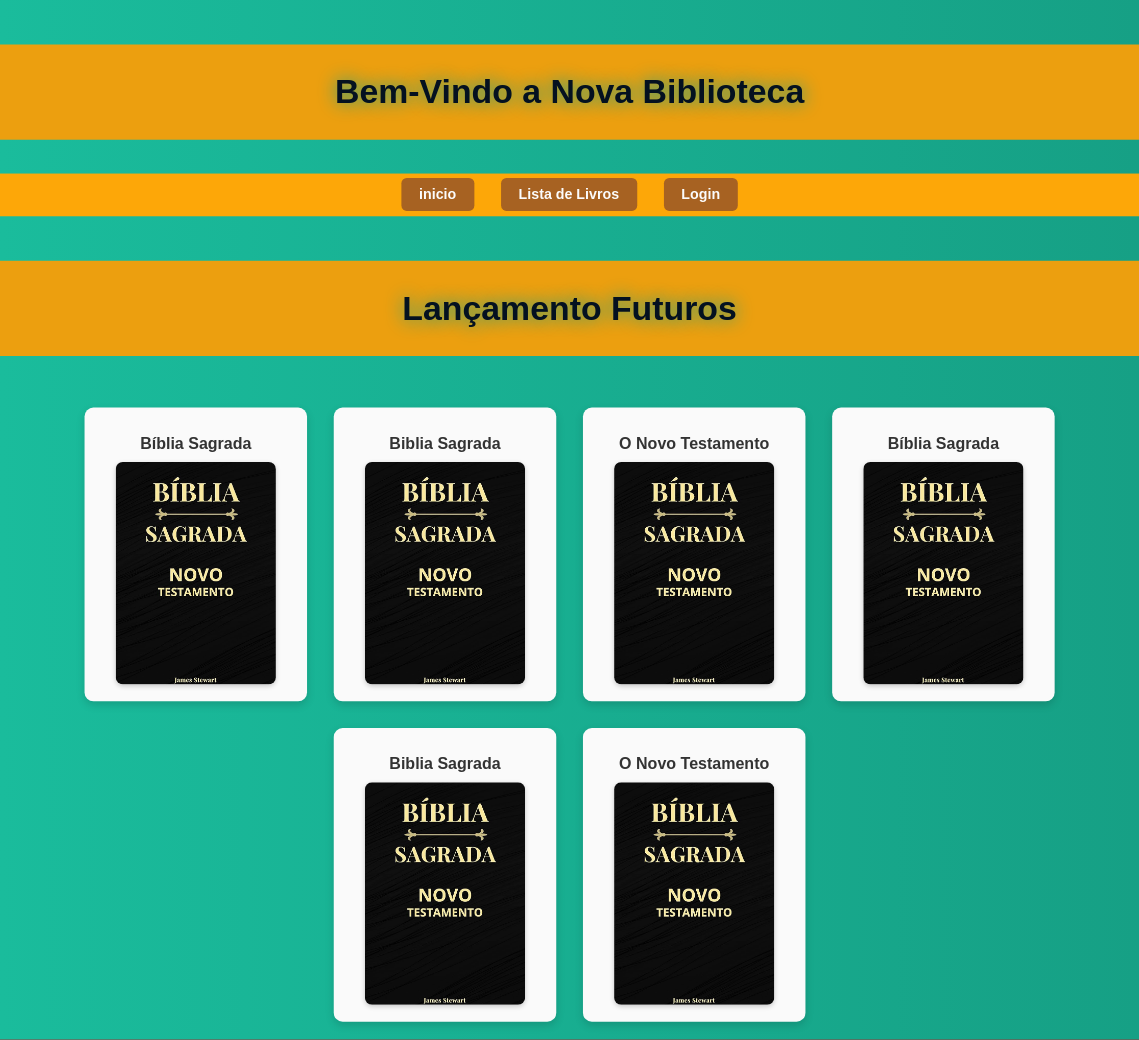
Repository: cleytonds/Biblioteca
Page: templates/Biblioteca_usuario.HTML
These files come from the project's save history. The page is drawn as it stood at one moment and after the next save; the edit follows.
The browser window is 1280 px wide. The pictures show the whole page, at 89% of full size.

Above is the page before, as saved 2025-11-17 11:54:19.

### templates/Biblioteca_usuario.HTML
<!DOCTYPE html>
<html lang="en">
<head>
    <meta charset="UTF-8">
    <meta name="viewport" content="width=device-width, initial-scale=1.0">
    <title>Biblioteca</title>
    <link rel="stylesheet" href="../Static/indexStyle.css">
    <link rel="stylesheet" href="/Biblioteca/app.py">




</head>
<body>
    <!--inicio da pagina-->
    <h1>Bem-Vindo a Nova Biblioteca </h1>

    <al class="menu">
        <li><a href="Biblioteca_usuario.HTML"> inicio</a></li>
        <li><a href="lista_livros.HTML">Lista de Livros</a></li>
        <li><a href="login.HTML">Login</a></li>

    </al>


   <main>
        <h1>Lançamento Futuros</h1>
        <section>
         <article>
            <h2>Bíblia Sagrada</h2>
            <img src="nono.jpg" alt="Biblia sagrada">
         </article>

         <aside>
            <h2>Biblia Sagrada</h2>
            <img src="nono.jpg" alt="Biblia Sagrada">
         </aside>

         <article>
            <h2>O Novo Testamento</h2>
            <img src="nono.jpg" alt="Novo testamento">
         </article>
         <article>
            <h2>Bíblia Sagrada</h2>
            <img src="nono.jpg" alt="Biblia sagrada">
         </article>

         <aside>
            <h2>Biblia Sagrada</h2>
            <img src="nono.jpg" alt="Biblia Sagrada">
         </aside>

         <article>
            <h2>O Novo Testamento</h2>
            <img src="nono.jpg" alt="Novo testamento">
         </article>
        </section>
   </main>


</body>
</html>

### Static/indexStyle.css
/*cor do nome principal da pagina*/
@keyframes brilho{
    0%{ text-shadow: 0 0 10px #1abc9c;}
    50%{ text-shadow: 0 0 20px #16a085;}
    100%{ text-shadow: 0 0 10px #1abc9c;}
}

@import url('https://fonts.googleapis.com/css2?family=Poppins:wght@600&family=Montserrat:wght@500&display=swap');


/*margem da pagina*/
h1{
    margin-bottom: 38px;

}
.titulo{
    font-family: 'montserrat',sans-serif;
}

/*cores do menu da pagina*/
h1{
    padding: 2rem;
    background-color: rgb(236, 159, 15);
    text-align: center;
}
/*estiolo dos titulos*/
h1{
    font-family:'Poppins',sans-serif;
    font-size: 38px;
    color: #041120;
    text-align: center;
    margin-top: 50px;
    animation: brilho 2s infinite alternate;

}

/*estilo do fundo da pag*/
body{
    background: linear-gradient(to right, #1abc9c, #16a085);/*cor fundo da pagina*/

}
/*cores do menu da pagina*/

button{
    display: flex;
    height: 100%;
    background-color: #eff1ef;
    color: #0303ff;
    text-align: center;
    margin-block-end: 12px;

}
body {
    margin: 0;
    font-family: Arial, sans-serif;
    background-color: #fdfdfd;

}

/*opções de menu*/
.menu{
    list-style: none; /*tira os marcadores*/
    padding: 0;
    margin: 0;
    display: flex;          /* coloca os itens lado a lado */
    justify-content: center; /* centraliza no meio da tela */
    gap: 30px;                  /* espaço entre os botões */
    background-color:  rgb(253, 167, 8);  /* cor da barra de menu */
    padding: 15px 0;

}
/*estilo dos linrs (botões)*/
.menu li a {
    text-decoration: none;
    color: rgb(252, 252, 252);
    font-weight: bold;
    padding: 10px 20px;
    border-radius: 6px;
    background-color: #a76222;
    transition: backgronud 0.3s, transform 0.2s;

}
/*Efeito houver (ao passar o mouse)*/
.menu li a:hover{
    background-color: #1abc9c;
    transform: scale(1.05);
}
body {
    background-color: #eeeeee;
    font-family: Arial, Helvetica, sans-serif;

}
/* Estilo geral */
body {
    background-color: #973838;
    font-family: Arial, sans-serif;
    margin: 0;
    padding: 0;
}

/* A section é o container das imagens */
section {
    display: flex;                /* Coloca lado a lado */
    justify-content: center;      /* Centraliza horizontalmente */
    align-items: flex-start;      /* Alinha pelo topo */
    gap: 30px;                    /* Espaço entre os elementos */
    flex-wrap: wrap;              /* Quebra linha se a tela for pequena */
    padding: 20px;
}

/* Cada article e aside se comportam como caixinhas */
article, aside {
    background-color: rgb(250, 250, 250);
    border-radius: 10px;
    box-shadow: 0 4px 10px rgba(0,0,0,0.15);
    text-align: center;
    padding: 15px;
    width: 220px;                 /* Largura fixa de cada bloco */
    transition: transform 0.3s ease;
}

/* Efeito de destaque ao passar o mouse */
article:hover, aside:hover {
    transform: scale(1.05);
}

/* Título de cada livro */
h2 {
    font-size: 18px;
    color: #333;
    margin-bottom: 10px;
}

/* Estilo da imagem */
img {
    width: 180px;                 /* Diminui o tamanho da imagem */
    height: 250px;                /* Altura proporcional */
    object-fit: cover;            /* Corta imagem mantendo o formato */
    border-radius: 8px;
    box-shadow: 0 2px 6px rgba(0,0,0,0.2);
}
@media (max-width: 768px) {
    section {
        flex-direction: column;
        align-items: center;
    }

    article, aside {
        width: 80%;
    }

    img {
        width: 100%;
        height: auto;
    }
}

After the next save:
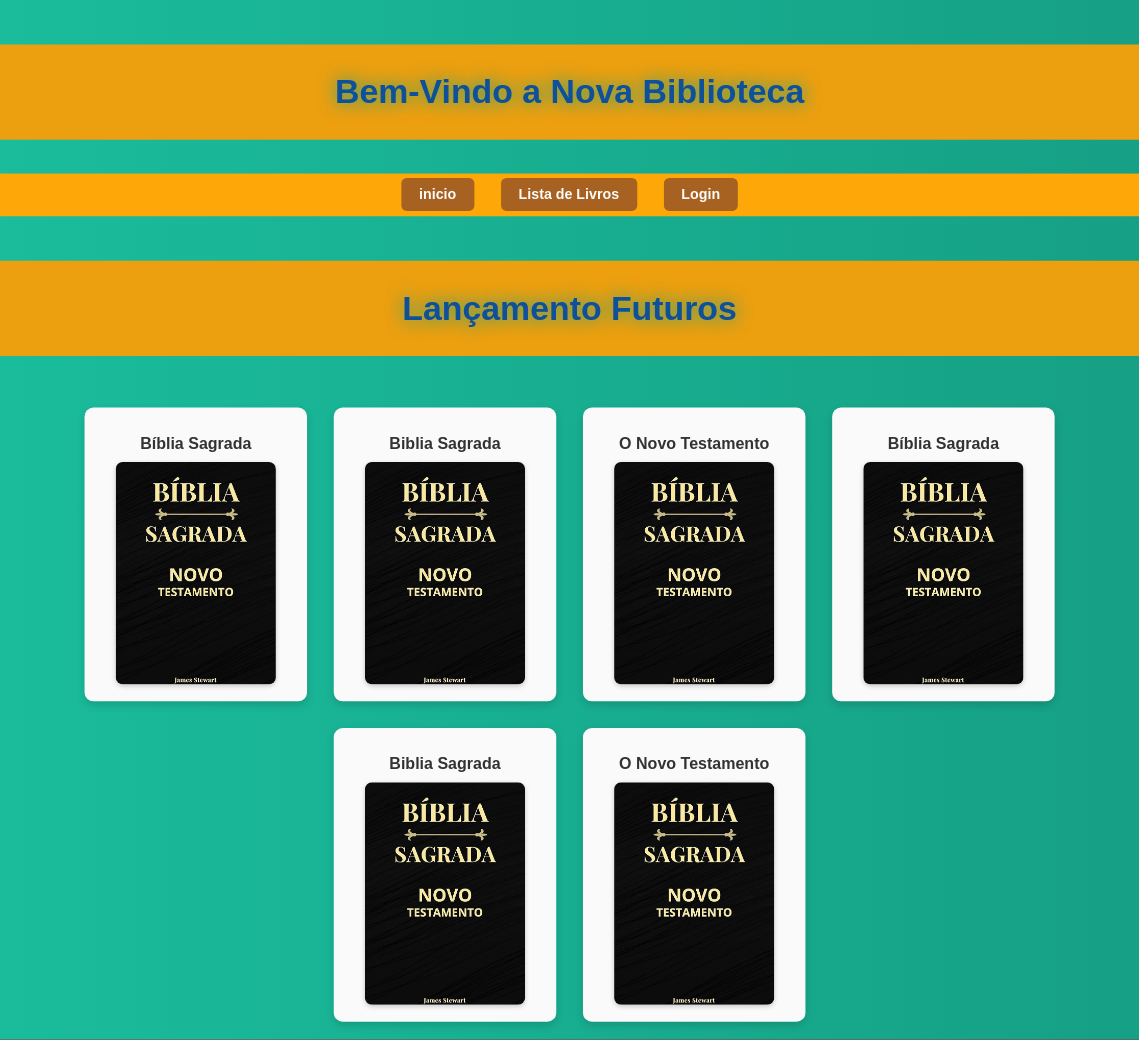
Saved 4 s later.
--- a/Static/indexStyle.css
+++ b/Static/indexStyle.css
@@ -27,7 +27,7 @@ h1{
 h1{
     font-family:'Poppins',sans-serif;
     font-size: 38px;
-    color: #041120;
+    color: #0f509b;
     text-align: center;
     margin-top: 50px;
     animation: brilho 2s infinite alternate;
